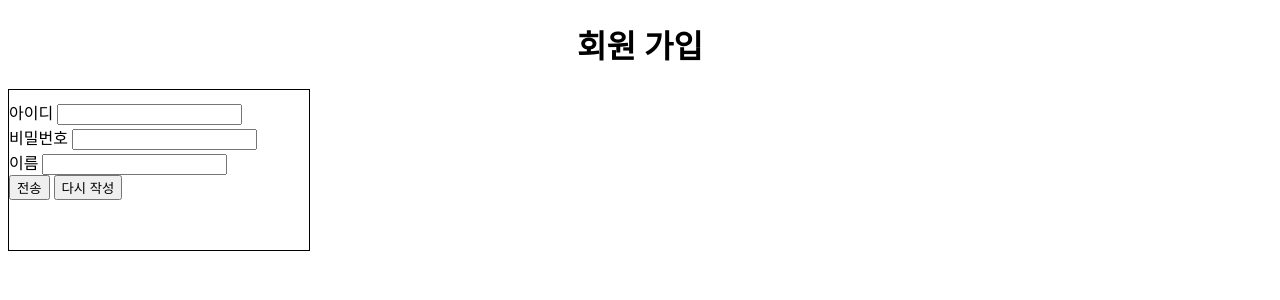
Repository: Dalso13/workspace
Page: http://localhost/Test_1/joinPage.jsp
An editor plug-in stored every save of this project. The page is shown before and after the next save, followed by the edit.
The browser window is 1280 px wide. The pictures show the whole page.
The page is served by Tomcat 9.

Above is the page before, as saved 2023-03-17 01:22:33.

After the next save:
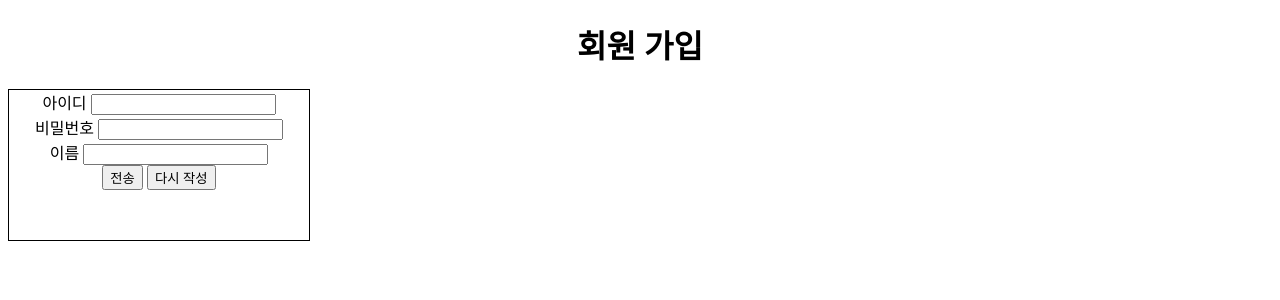
Saved 49 s later.
--- a/workspace_exam/Test_1/WebContent/joinPage.jsp
+++ b/workspace_exam/Test_1/WebContent/joinPage.jsp
@@ -19,7 +19,7 @@
 	<h1 style="text-align: center;">회원 가입</h1>
 
 
-	<div style="padding-top: 10px">
+	<div style="text-align: center;">
 	아이디 <input type="text"><br>
 	비밀번호 <input type="password"><br>
 	이름 <input type="text"><br>
